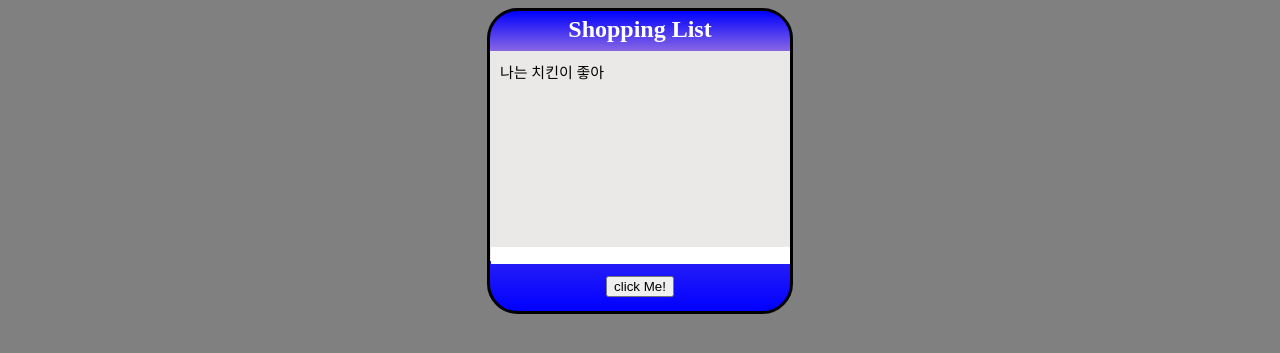
Repository: DevMinwoo-Jung/JavaScript101
Page: WebApIs/shoppingApp/index.html
An editor plug-in stored every save of this project. The page is shown before and after the next save, followed by the edit.
The browser window is 1280 px wide. The pictures show the whole page.

Above is the page before, as saved 2021-06-14 10:29:29.

### WebApIs/shoppingApp/index.html
<!DOCTYPE html>
<html lang="en">
<head>
  <meta charset="UTF-8">
  <meta http-equiv="X-UA-Compatible" content="IE=edge">
  <meta name="viewport" content="width=device-width, initial-scale=1.0">
  <title>Document</title>
</head>
<link rel="stylesheet" href="style.css" />
<body>
  <div class="list__div">
    <div class="list__div__top">
      <h2>Shopping List</h2>
    </div>
    <div class="item__list">
      <p>나는 치킨이 좋아</p>
      <input type="text">
    </div>
    <div class="button__div">
      <button class="addItem">click Me!</button>
    </div>
  </div>
</body>
<script src="main.js" defer></script>
</html>

### WebApIs/shoppingApp/style.css
:root {
  --topAndBottom-height: 20px;
  --background-color: rgb(235, 232, 232);
}

body {
  background-color: grey;
}

.list__div {
  margin: auto;
  display: block;
  height: 300px;
  text-align: center;
  border: solid;
  position: relative;
  width: 300px;
  border-radius: 10%;
  background: linear-gradient(blue, pink, 50%, blue);
}

.list__div__top {
  height: var(--topAndBottom-height);
}

.list__div__top h2 {
  margin: 5px;
  color: white;
}

.item__list {
  height: 210px;
  background-color: var(--background-color);
}

.item__list p {
  text-align: left;
  padding-left: 10px;
  padding-top: 10px;
  font-size: 15px;
}

.item__list__input {
  bottom: 10px;
}

.button__div .addItem {
  margin-top: 15px;
}

input {
  width: 295px;
  border: 0px;
  margin-top: 150px;
}

.input__box {
}

Loaded but not shown: WebApIs/shoppingApp/main.js (no copy from this time; the picture is the same without it)

After the next save:
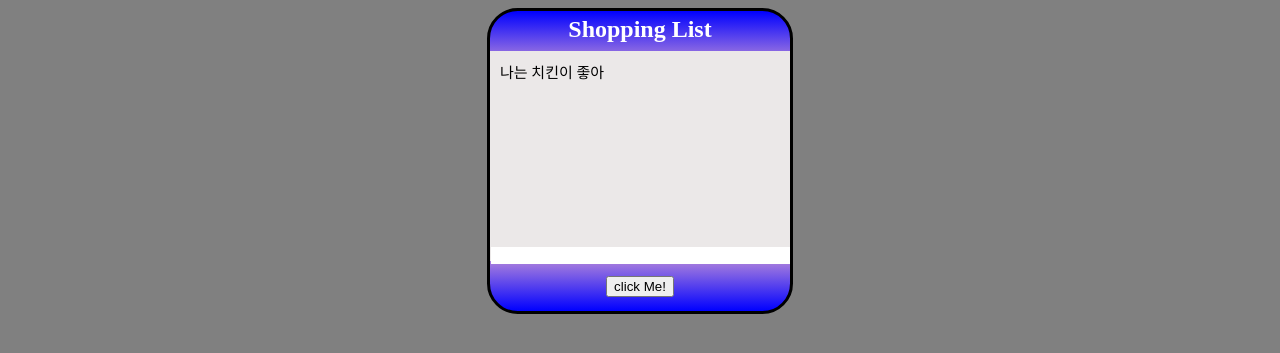
Saved 8 s later.
--- a/WebApIs/shoppingApp/style.css
+++ b/WebApIs/shoppingApp/style.css
@@ -16,7 +16,7 @@ body {
   position: relative;
   width: 300px;
   border-radius: 10%;
-  background: linear-gradient(blue, pink, 50%, blue);
+  background: linear-gradient(blue, pink, 50%, pink, blue);
 }
 
 .list__div__top {
